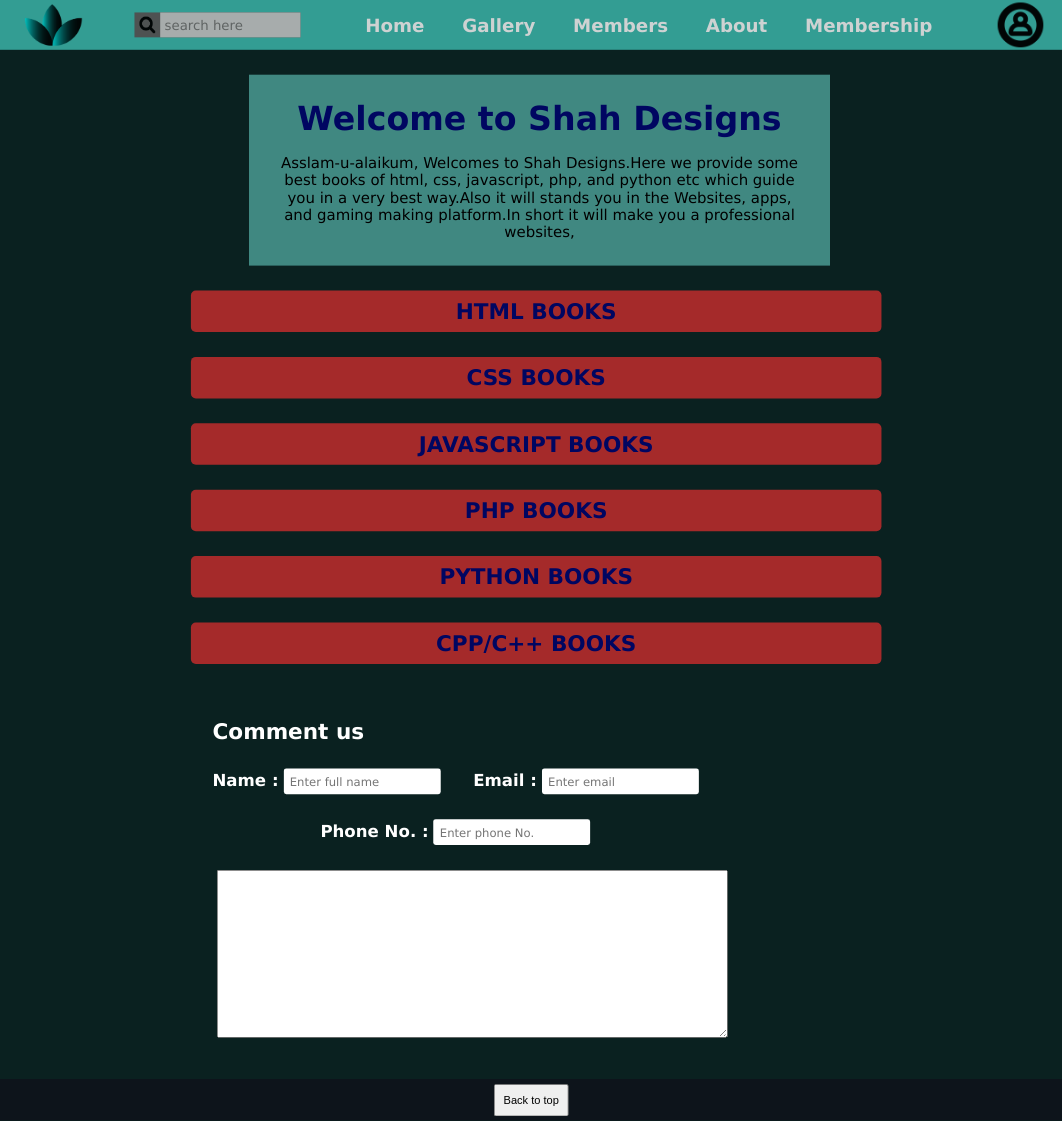
Repository: RawahaMR11/my_assignments
Page: rawaha computer/Shah Designs web/Shah home page.html
These files come from the project's save history. The page is drawn as it stood at one moment and after the next save; the edit follows.
The browser window is 1280 px wide. The pictures show the whole page, at 83% of full size.

Above is the page before, as saved 2024-12-13 09:24:16.

### rawaha computer/Shah Designs web/Shah home page.html
<!DOCTYPE html>
<html lang="en">
<head>
      <meta charset="UTF-8">
      <meta name="viewport" content="width=device-width, initial-scale=1.0">
      <title>Shah Designs</title>
      <link rel="stylesheet" href="Shah home page.css">
</head>
<body>
<div class="my-display">
      <header>
            <div class="logo">
                  <img src="logo.png" alt="Shah Designs logo">
            </div><!--end logo-->
            <div class="search">
                  <img src="search.png" alt="Search-icon">
                  <input type="text" placeholder="search here">
            </div><!--end search-->
            <div class="home">
                  <a href="Shah home page.html">Home</a>
            </div><!--end home-->
            <div class="gallery">
                  <a href="#">Gallery</a>
            </div><!--end gallery-->
            <div class="members">
                  <a href="#">Members</a>
            </div><!--end members -->
            <div class="about">
                  <a href="#">About</a>
            </div><!--end about-->
            <div class="membership">
                  <a href="#">Membership</a>
            </div>
            <div class="login">
                  <img src="sign in.png" alt="Login">
            </div><!--end login-->
      </header>


      <div class="wrapper">
            <div id="welcome">
                  <h1>Welcome to Shah Designs</h1><br>
                  <p>Asslam-u-alaikum, Welcomes to Shah Designs.Here we provide some best books of html, css, javascript, php, and python etc which guide you in a very best way.Also it will stands you in the Websites, apps, and gaming making platform.In short it will make you a professional websites, </p>
            </div><!--end welcome-->
      </div><!--end wrapper-->


      <div class="html-books">
            <p>HTML BOOKS</p>
      </div>
      <div class="css-books">
            <p>CSS BOOKS</p>
      </div>
      <div class="javascript-books">
            <p>JAVASCRIPT BOOKS</p>
      </div>
      <div class="php-books">
            <p>PHP BOOKS</p>
      </div>
      <div class="python-books">
            <p>PYTHON BOOKS</p>
      </div>
      <div class="Cpp-books">
            <p>CPP/C++ BOOKS</p>
      </div>



      <div class="datail">

      </div>



      <div class="comment">
            <h2>Comment us</h2>
            <label for="name">Name :</label><input type="text" placeholder="Enter full name">
            <label for="name" id="email-label">Email :</label><input type="email" placeholder="Enter email">
            <label for="name" id="phone-label">Phone No. :</label><input type="text" placeholder="Enter phone No.">
            <textarea name="comment" id="comment"></textarea>
      </div>


      <div class="bach-to-top">
            <button>Back to top</button>
      </div>



      <footer>
            <div class="foot-panel1">

            </div>

      </footer>
</div>
</body>
</html>

### rawaha computer/Shah Designs web/Shah home page.css
* {
      margin: 0;
      padding: 0;
}
body {
      display: block;
      font-size: 14px;
      background-color: rgb(10, 33, 32);
}
.my-display {
      width: 80%;
      margin: 0 auto;
      height: 100%;
      width: 100%;
}
/* css for opening my page on tablets (screens with width <=768px) */
@media screen and (max-width: 768px) {
      body {
            font-size: 16px;
      }
      .my-display {
            width: 100%;
      }
}
/* css for opening my page on laptops,pcs etc (screens with width <=1080px) */
@media screen and (max-width: 1080px) {
      body {
            font-size: 14px;
      }
      .my-display {
            width: 100%;
      }
}
/* css for opening my page on phones (screens with width <=480px) */
@media screen and (max-width: 480px) {
      body {
            font-size: 10px;
      }
      .my-display {
            width: 100%;
      }
}
header {
      width: 100%;
      height: 60px;
      display: flex;
      align-items: center;
      background-color: rgb(62, 188, 176);
      opacity: 80%;
      gap: 31.5px;
}
.logo {
      height: 83%;
      width: 70px;
      margin: 0 30px 0;
}
.logo img {
      height: 100%;
      width: 100%;
}
.search {
      width: 200px;
      height: 30px;
      background-color: rgb(95, 95, 95);
      display: flex;
      align-items: center;
      justify-content: space-evenly;
}
.search img {
      width: 10%;
      height: 65%;
      padding: 6px;
}
.search input {
      width: 90%;
      padding: 5.34px;
      border: none;
      outline: none;
      background-color: rgb(207, 207, 207);
      font-family: Verdana, Geneva, Tahoma, sans-serif;
      font-size: 16px;
}
.home {
      font-family: Verdana, Geneva, Tahoma, sans-serif;
      font-size: 22px;
      margin-left: 40px;
      padding: 7px;
}
.home:hover {
      background-color: rgb(161, 161, 161);
}
.home a {
      text-decoration: none;
      font-weight: 700;
      color: white;
}
.gallery {
      font-family: Verdana, Geneva, Tahoma, sans-serif;
      font-size: 22px;
      padding: 7px;
}
.gallery:hover {
      background-color: rgb(161, 161, 161);
}
.gallery a {
      text-decoration: none;
      font-weight: 700;
      color: white;
}
.members {
      font-family: Verdana, Geneva, Tahoma, sans-serif;
      font-size: 22px;
      padding: 7px;
}
.members:hover {
      background-color: rgb(161, 161, 161);
}
.members a {
      text-decoration: none;
      font-weight: 700;
      color: white;
}
.about {
      font-family: Verdana, Geneva, Tahoma, sans-serif;
      font-size: 22px;
      padding: 7px;
}
.about:hover {
      background-color: rgb(161, 161, 161);
}
.about a {
      text-decoration: none;
      font-weight: 700;
      color: white;
}
.membership {
      font-family: Verdana, Geneva, Tahoma, sans-serif;
      font-size: 22px;
      padding: 7px;
}
.membership:hover {
      background-color: rgb(161, 161, 161);
}
.membership a {
      text-decoration: none;
      font-weight: 700;
      color: white;
}
.login {
      height: 90%;
      width: 55px;
      float: right;
      margin-left: 40px;
}
.login img {
      height: 100%;
      width: 100%;
      cursor: pointer;
}
.wrapper {
      width: 50%;
      height: auto;
      display: flex;
      align-items: center;
      justify-content: center;
      margin-top: 30px;
      background-color: rgb(64, 136, 129);
      padding: 30px;
      margin-left: 300px;
}
#welcome {
      width: 100%;
      font-family: Verdana, Geneva, Tahoma, sans-serif;
      font-size: 16px;
}
#welcome h1 {
      text-align: center;
      color: rgb(0, 6, 97);
      font-size: 40px;
}
#welcome p {
      text-align: center;
      font-size: 18px;
      font-family: Verdana, Geneva, Tahoma, sans-serif;
}
.html-books {
      height: 50px;
      width: 65%;
      background-color: brown;
      margin: 30px 230px 0;
      border-radius: 6px;
      display: flex;
      align-items: center;
      justify-content: center;
      cursor: pointer;
      color: rgb(0, 6, 97);
}
.html-books p {
      font-family: Verdana, Geneva, Tahoma, sans-serif;
      font-size: 26px;
      font-weight: 700;
}
.css-books {
      height: 50px;
      width: 65%;
      background-color: brown;
      margin: 30px 230px 0;
      border-radius: 6px;
      display: flex;
      align-items: center;
      justify-content: center;
      cursor: pointer;
      color: rgb(0, 6, 97);
}
.css-books p {
      font-family: Verdana, Geneva, Tahoma, sans-serif;
      font-size: 26px;
      font-weight: 700;
}
.javascript-books {
      height: 50px;
      width: 65%;
      background-color: brown;
      margin: 30px 230px 0;
      border-radius: 6px;
      display: flex;
      align-items: center;
      justify-content: center;
      cursor: pointer;
      color: rgb(0, 6, 97);
}
.javascript-books p {
      font-family: Verdana, Geneva, Tahoma, sans-serif;
      font-size: 26px;
      font-weight: 700;
}
.php-books {
      height: 50px;
      width: 65%;
      background-color: brown;
      margin: 30px 230px 0;
      border-radius: 6px;
      display: flex;
      align-items: center;
      justify-content: center;
      cursor: pointer;
      color: rgb(0, 6, 97);
}
.php-books p {
      font-family: Verdana, Geneva, Tahoma, sans-serif;
      font-size: 26px;
      font-weight: 700;
}
.python-books {
      height: 50px;
      width: 65%;
      background-color: brown;
      margin: 30px 230px 0;
      border-radius: 6px;
      display: flex;
      align-items: center;
      justify-content: center;
      cursor: pointer;
      color: rgb(0, 6, 97);

}
.python-books p {
      font-family: Verdana, Geneva, Tahoma, sans-serif;
      font-size: 26px;
      font-weight: 700;
}
.Cpp-books {
      height: 50px;
      width: 65%;
      background-color: brown;
      margin: 30px 230px 0;
      border-radius: 6px;
      display: flex;
      align-items: center;
      justify-content: center;
      cursor: pointer;
      color: rgb(0, 6, 97);
}
.Cpp-books p {
      font-family: Verdana, Geneva, Tahoma, sans-serif;
      font-size: 26px;
      font-weight: 700;
}
.comment {
      width: 50%;
      margin: 50px 240px 0;
      padding: 16px;
}
.comment h2 {
      font-family: Verdana, Geneva, Tahoma, sans-serif;
      font-size: 26px;
      font-weight: 700;
      color: white;
}
.comment label {
      margin-top: 30px;
      font-family: Verdana, Geneva, Tahoma, sans-serif;
      font-size: 20px;
      font-weight: 700;
      color: white;
}
.comment input {
      margin: 30px 6px 0;
      font-family: Verdana, Geneva, Tahoma, sans-serif;
      font-size: 14px;
      padding: 7.5px;
      border: none;
      outline: none;
      border-radius: 3px;
}
#email-label {
      margin-left: 30px;
}
#phone-label {
      margin-left: 130px;
}
.comment textarea {
      width: 96%;
      height: 200px;
      margin: 30px 5px 0;
}
.bach-to-top {
      width: 100%;
      height: 50px;
      display: inline-flex;
      align-items: center;
      justify-content: center;
      margin-top: 30px;
      background-color: rgb(13, 20, 27);
}
.bach-to-top button {
      padding: 10px;
}

After the next save:
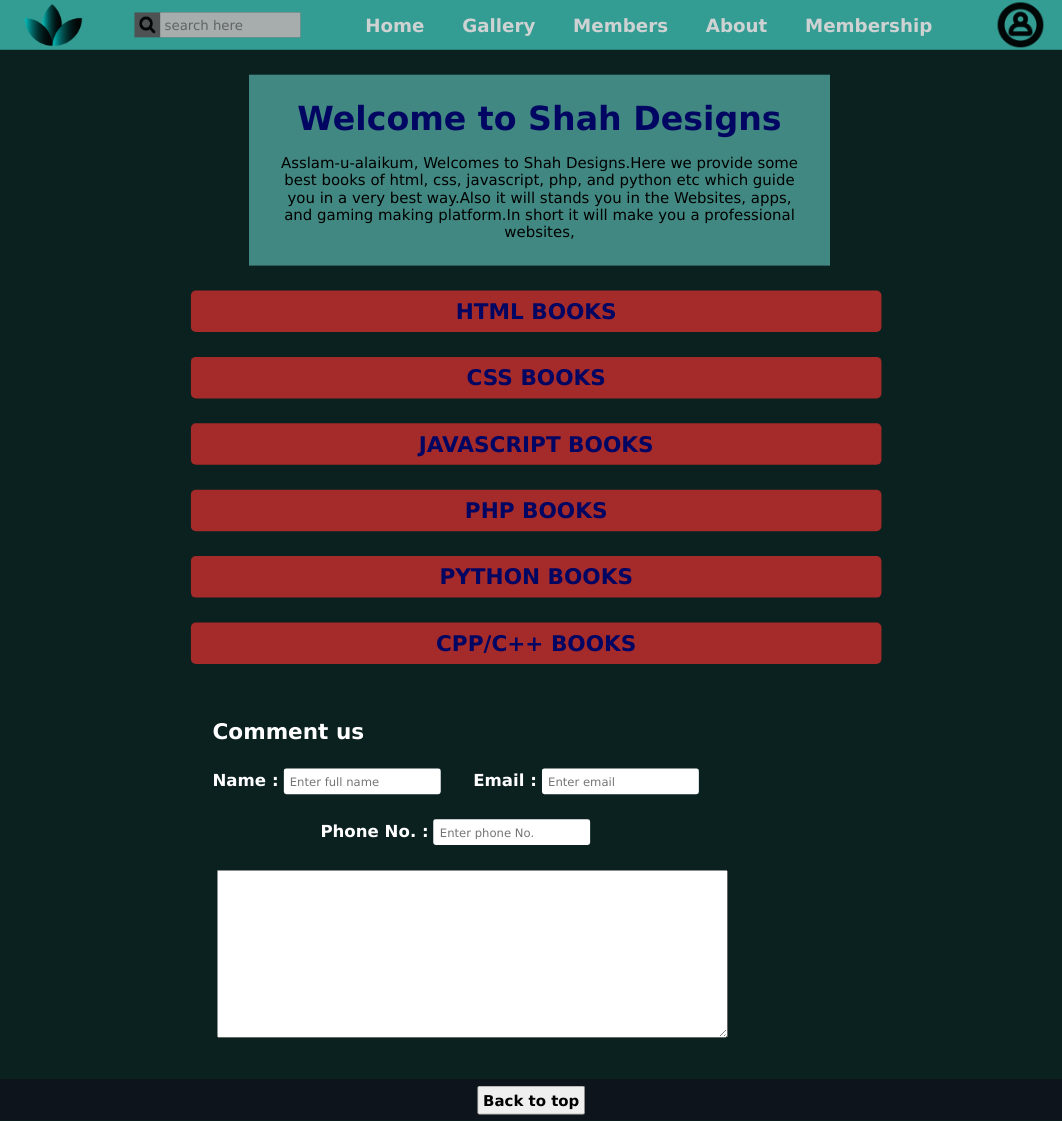
Saved 34 s later.
--- a/rawaha computer/Shah Designs web/Shah home page.css
+++ b/rawaha computer/Shah Designs web/Shah home page.css
@@ -334,5 +334,8 @@ header {
       background-color: rgb(13, 20, 27);
 }
 .bach-to-top button {
-      padding: 10px;
-}
+      padding: 5px;
+      font-family: Verdana, Geneva, Tahoma, sans-serif;
+      font-size: 18px;
+      font-weight: 700;
+}
